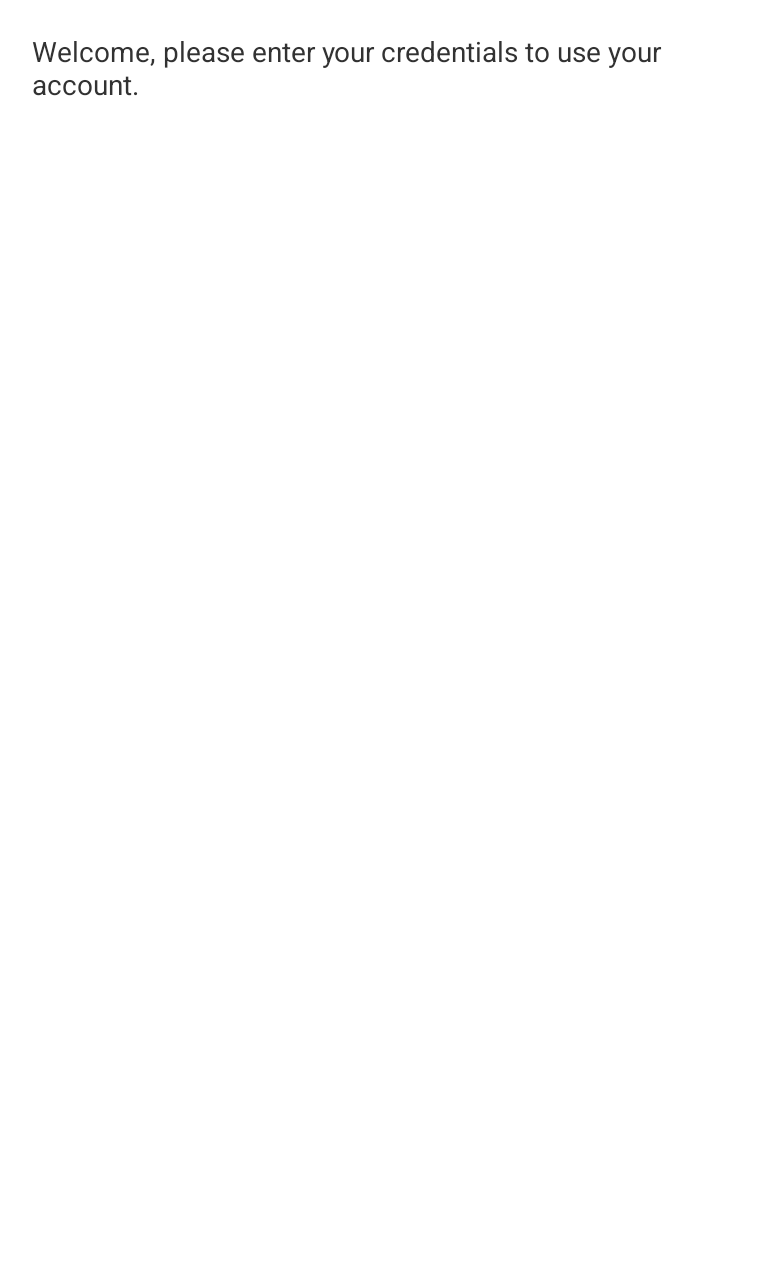
Repository: harry520/My-Android-Apps
Layout: DrupalAppDemo/res/layout/activity_login.xml
The author's editor kept a copy of each file at every save. The layout is drawn from the files as they stood at one save, then again after the next save.
It is drawn on a 768 x 1280 px phone screen (xhdpi) without system bars, with theme AppTheme; the app's code is not run.

Above is the layout before, as saved 2016-07-12 23:22:01.

### DrupalAppDemo/res/layout/activity_login.xml
<LinearLayout xmlns:android="http://schemas.android.com/apk/res/android"
    xmlns:tools="http://schemas.android.com/tools"
    android:layout_width="match_parent"
    android:layout_height="match_parent"
    android:paddingBottom="@dimen/activity_vertical_margin"
    android:paddingLeft="@dimen/activity_horizontal_margin"
    android:paddingRight="@dimen/activity_horizontal_margin"
    android:paddingTop="@dimen/activity_vertical_margin"
    tools:context="com.example.drupalappdemo.LoginActivity"
    android:orientation="vertical">

    <TextView
        android:layout_width="wrap_content"
        android:layout_height="wrap_content"
        android:text="Welcome, please enter your credentials to use your account." />

</LinearLayout>

Loaded but not shown: DrupalAppDemo/res/values/styles.xml (common file); DrupalAppDemo/res/values-v11/styles.xml (common file); DrupalAppDemo/res/values-v14/styles.xml (common file); DrupalAppDemo/res/values/dimens.xml (common file); DrupalAppDemo/res/values-w820dp/dimens.xml (common file)

After the next save:
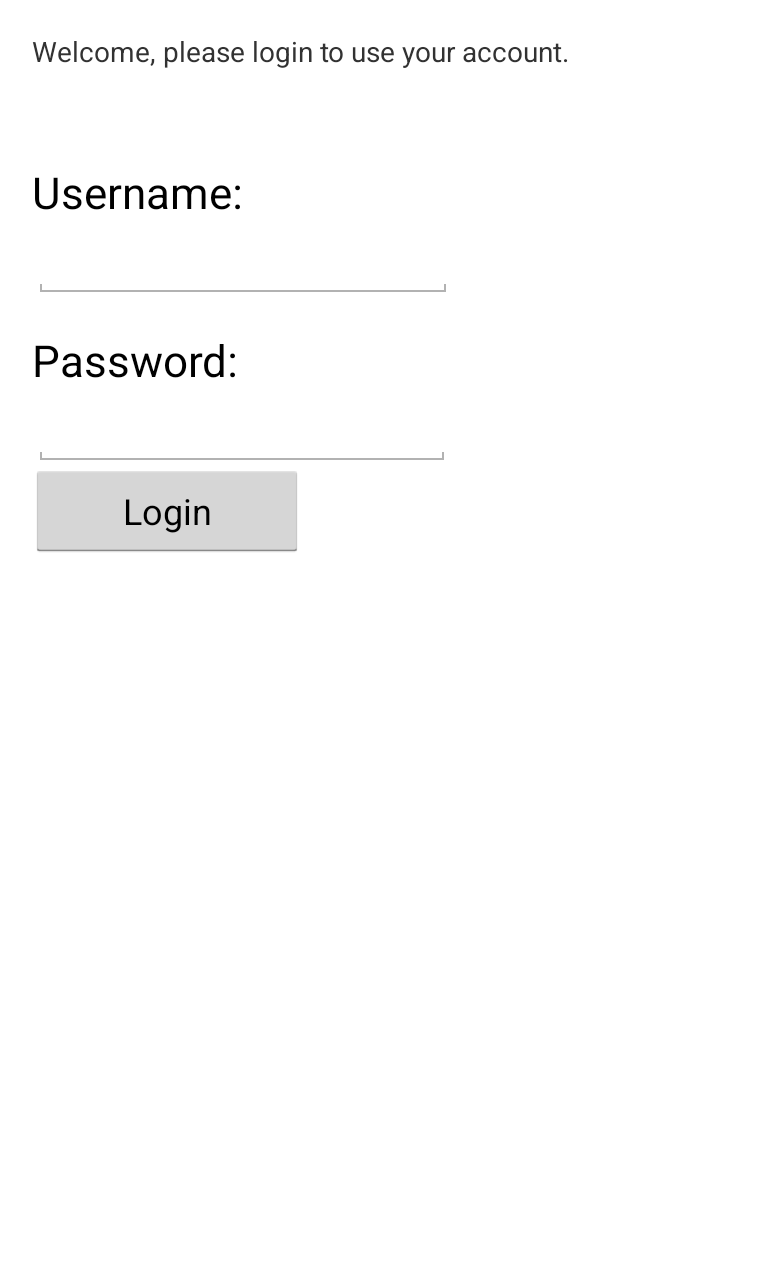
Saved 4 min 58 s later.
--- a/DrupalAppDemo/res/layout/activity_login.xml
+++ b/DrupalAppDemo/res/layout/activity_login.xml
@@ -2,16 +2,68 @@
     xmlns:tools="http://schemas.android.com/tools"
     android:layout_width="match_parent"
     android:layout_height="match_parent"
+    android:orientation="vertical"
     android:paddingBottom="@dimen/activity_vertical_margin"
     android:paddingLeft="@dimen/activity_horizontal_margin"
     android:paddingRight="@dimen/activity_horizontal_margin"
     android:paddingTop="@dimen/activity_vertical_margin"
-    tools:context="com.example.drupalappdemo.LoginActivity"
-    android:orientation="vertical">
+    tools:context="com.example.drupalappdemo.LoginActivity" >
 
     <TextView
+        android:id="@+id/textView3"
         android:layout_width="wrap_content"
         android:layout_height="wrap_content"
-        android:text="Welcome, please enter your credentials to use your account." />
+        android:layout_gravity="left|center_vertical"
+        android:text="Welcome, please login to use your account." />
+
+    <TextView
+        android:id="@+id/textView"
+        android:layout_width="wrap_content"
+        android:layout_height="wrap_content"
+        android:layout_alignLeft="@+id/textView2"
+        android:layout_alignParentTop="true"
+        android:layout_marginTop="46dp"
+        android:text="Username:"
+        android:textAppearance="?android:attr/textAppearanceLarge" />
+
+    <EditText
+        android:id="@+id/editUsername"
+        android:layout_width="211dp"
+        android:layout_height="wrap_content"
+        android:layout_alignLeft="@+id/editPassword"
+        android:layout_below="@+id/textView"
+        android:layout_gravity="left|center_vertical"
+        android:minWidth="80dp" />
+
+    <TextView
+        android:id="@+id/textView2"
+        android:layout_width="wrap_content"
+        android:layout_height="wrap_content"
+        android:layout_alignLeft="@+id/editUsername"
+        android:layout_below="@+id/textView"
+        android:layout_marginTop="15dp"
+        android:text="Password:"
+        android:textAppearance="?android:attr/textAppearanceLarge" />
+
+    <EditText
+        android:id="@+id/editPassword"
+        android:layout_width="wrap_content"
+        android:layout_height="wrap_content"
+        android:layout_alignLeft="@+id/button"
+        android:layout_below="@+id/textView2"
+        android:ems="10"
+        android:inputType="textPassword" />
+
+    <Button
+        android:id="@+id/button"
+        android:layout_width="138dp"
+        android:layout_height="wrap_content"
+        android:layout_alignParentLeft="true"
+        android:layout_below="@+id/editPassword"
+        android:layout_gravity="left|center_vertical"
+        android:layout_marginLeft="-2dp"
+        android:layout_marginTop="-3dp"
+        android:onClick="doLoginButton_click"
+        android:text="Login" />
 
 </LinearLayout>
